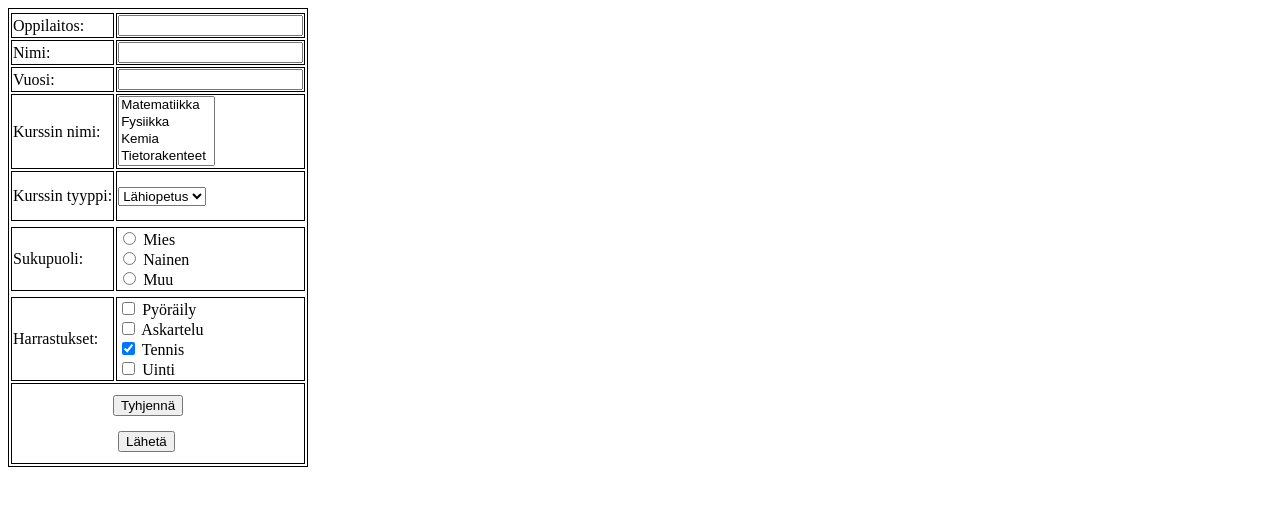
Repository: Niina-Maria/tehtavat-12-17-Niina-Maria2
Page: teht9.html
An editor plug-in stored every save of this project. The page is shown before and after the next save, followed by the edit.
The browser window is 1280 px wide. The pictures show the whole page.

Above is the page before, as saved 2024-11-19 23:16:58.

### teht9.html
<!DOCTYPE html>
<html>
    <head>
        <link rel="stylesheet" href="teht9.css">
    </head>
        <style>


        </style>

        <body>
            <table>

                <form action="http://codez.savonia.fi/jussi/api/test.php" method="get">
                    <tr>
                        <tr>
                            <td><label for="school">Oppilaitos: </label></td>
                            <td><input type="text" id="school" name="school"></td>
                        </tr>
                        <tr>
                            <td><label for="name">Nimi: </label></td>
                            <td><input type="text" id="name" name="name"></td>
                        </tr>
                        <tr>
                            <td><label for="year">Vuosi: </label></td>
                            <td><input type="password" id="year" name="year"></td>
                        </tr>
                        <tr>
                            <td><label for="course">Kurssin nimi:  </label></td>
                            <td>
                            <select class="course" name="course" size="4">
                                <option value="matematiikka">Matematiikka</option>
                                <option value="fysiikka">Fysiikka</option>
                                <option value="kemia">Kemia</option>
                                <option value="tietorakenteet">Tietorakenteet</option>
                                <option value="webohjelmointi">Webohjelmointi</option>
                            </td>
                        </tr>
                        <tr height="50px">
                            <td><label for="type">Kurssin tyyppi:</label></td>
                            <td>
                                <select class="type" name="type" size="1">
                                    <option value="lähiopetus">Lähiopetus</option>
                                    <option value="etäopetus">Etäopetus</option>
                                    <option value="hybridi">Hybridi</option>
                                    <option value="monimuoto">Monimuoto</option>
                                    <option value="avoinamk">AvoinAMK</option>
                                </select>
                            </td>
                        </tr>
                        <th></th>
                        <tr>
                            <td><label for="sukupuoli" id="gender">Sukupuoli:</label></td>
                            <td>
                                <input type="radio" id="gender"name="gender">
                                <label class="sukup"for="male">Mies</label><br>
                                <input type="radio" id="gender"name="gender">
                                <label class="sukup"for="female">Nainen</label><br>
                                <input type="radio" id="gender" name="gender">
                                <label class="sukup"for="other">Muu</label>
                            </td>
                        </tr>
                    <th></th>
                        <tr>
                            <td><label for="hobbies">Harrastukset:</label><br>
                            <td><input type="checkbox" id="hobbiesbike" name="hobbiesbike">
                                <label for="hobbiesbike"> Pyöräily</label><br>
                                <input type="checkbox" id="hobbiesaskartelu" name="hobbiesaskartelu">
                                <label for="hobbiesaskartelu"> Askartelu</label><br>
                                <input type="checkbox" id="hobbiestennis" name="hobbiestennis" checked="checked">
                                <label for="hobbiestennis"> Tennis</label><br>
                                <input type="checkbox" id="hobbiesuinti" name="hobbiesuinti">
                                <label for="hobbiesuinti"> Uinti</label><br>
                            </td>
                        </tr>
                        <tr>
                            <td colspan="2" rowspan="2"><input type="reset" id="napit" value="Tyhjennä"><br>
                            <input type="submit" id="napit2" value="Lähetä"></td>
                        </tr>
            </form>
        </table>
    </body>

### teht9.css
/* #aargh {
    border: 1px solid ;
    color:black;
}
#school{
    display: flex;
    align-items: left;
}

.flex-item-one{
    display: inline-block;
    width:120px;
    height:120px;
    align-items: center;
}

.flex-item-one div {
    display: inline-block;
    vertical-align: middle;
    height: 30px;
}

.flex-item-two{
    display: inline-block;
    width:160px;
    height:160px;
    align-items: left;
}

.flex-item-two div {
    display: inline-block;
    vertical-align: middle;
    text-align: center;
    height: 30px;
}
input {
    margin-right: 50px;
  }


.flex-item-four div{
    margin-top: 60px !important;
   display: inline-block;
   text-align: left;
   width: 200px;
   height: 200px;


  }
  .input [type="reset"] {
    margin-right: 50px;

  }

  .flex-item-five {
    margin-top: 150px;
    margin-left: 70px;

  }
*/


 table {
    border: 1px solid black;
/*     align-items: center;
    justify-content:center; */
    border-radius: fit-content;
  }

  td, tr {
    border: 1px solid black;
  }

  #napit {
    margin-left: 100px;
    margin-top: 10px;
    margin-bottom: 10px;
  }

  #napit2 {
    margin-left: 105px;
    margin-top: 5px;
    margin-bottom: 10px;
  }


/*   #school {
    display: flex;
    flex-direction: row;
    align-items: center;
    justify-content: space-between;
 }

 #school-name {
    font-weight: bold;
    margin-right: 50px;
 }
*/

After the next save:
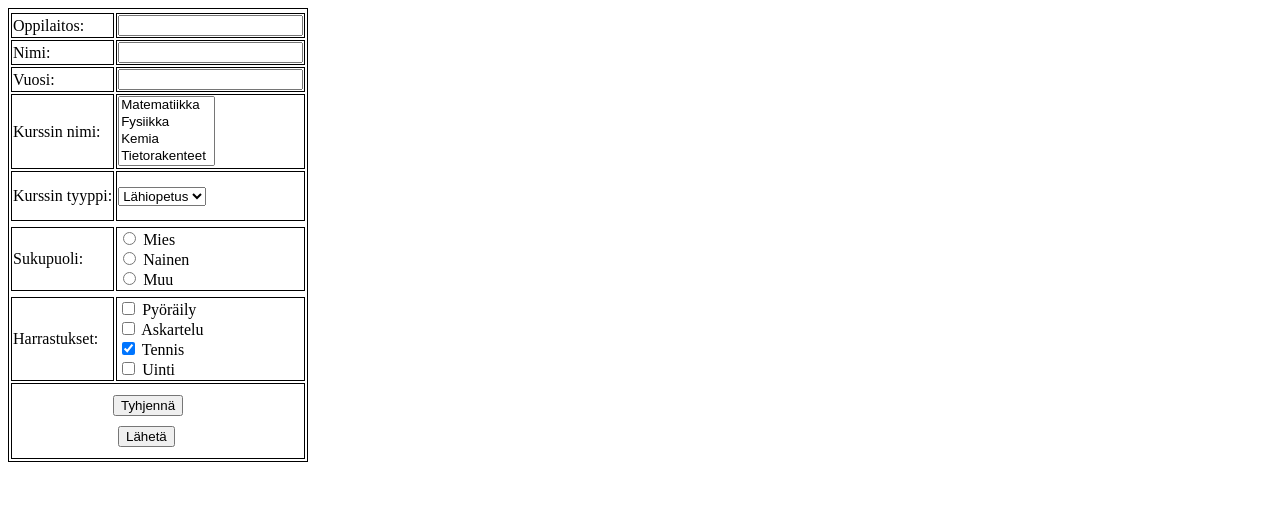
Saved 20 s later.
--- a/teht9.css
+++ b/teht9.css
@@ -74,7 +74,7 @@ input {
   #napit {
     margin-left: 100px;
     margin-top: 10px;
-    margin-bottom: 10px;
+    margin-bottom: 5px;
   }
 
   #napit2 {
